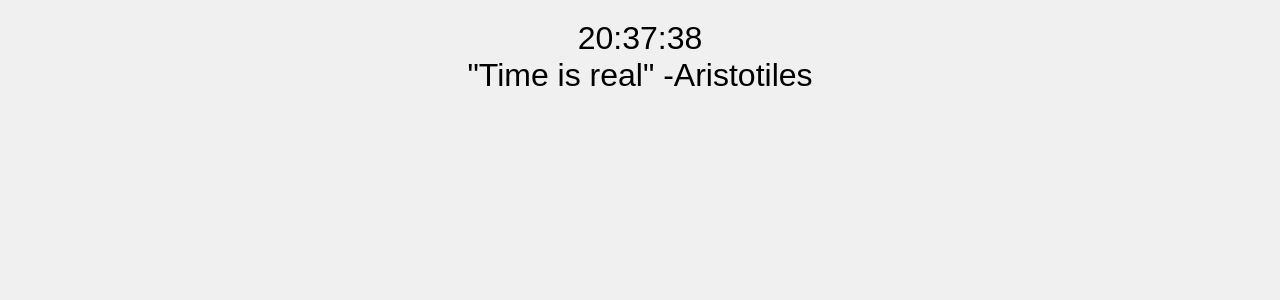
Repository: Larshalvorhansen/personalWebsite
Page: content/infoskjermV2/item-1_klokke.html
The author's editor kept a copy of each file at every save. The page is drawn from the files as they stood at one save, then again after the next save.
The browser window is 1280 px wide. The pictures show the whole page.

Above is the page before, as saved 2025-02-17 11:29:58.

### content/infoskjermV2/item-1_klokke.html
<!DOCTYPE html>
<html lang="no">

<head>
    <meta charset="UTF-8">
    <meta name="viewport" content="width=device-width, initial-scale=1.0">
    <title>Klokke</title>
    <style>
        body {
            font-family: Arial, sans-serif;
            font-size: 2em;
            text-align: center;
            margin: 0;
            padding: 20px;
            background-color: #f0f0f0;
        }
    </style>
</head>

<body>
    <div id="klokke">00:00:00</div>
    <div>"Time is real" -Aristotiles</div>
    <script>
        function oppdaterKlokke() {
            const nå = new Date();
            const timer = String(nå.getHours()).padStart(2, '0');
            const minutter = String(nå.getMinutes()).padStart(2, '0');
            const sekunder = String(nå.getSeconds()).padStart(2, '0');
            document.getElementById('klokke').textContent = `${timer}:${minutter}:${sekunder}`;
        }

        setInterval(oppdaterKlokke, 1000);
        oppdaterKlokke(); // Oppdater klokken umiddelbart når siden lastes
    </script>
</body>

</html>

After the next save:
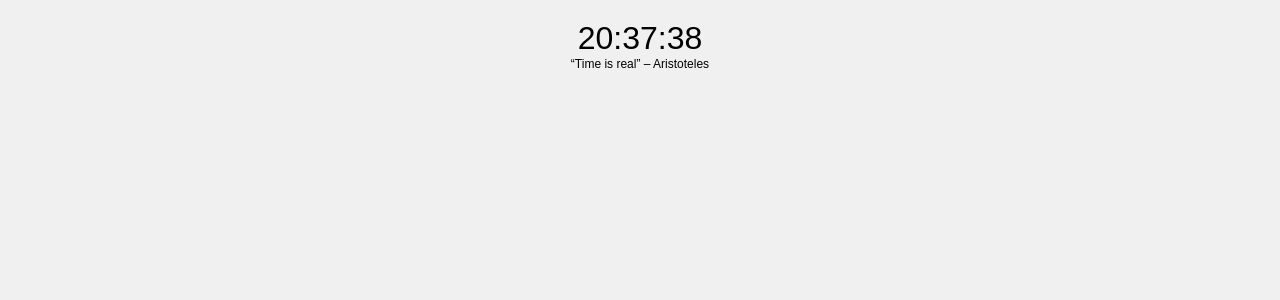
Saved 54 s later.
--- a/content/infoskjermV2/item-1_klokke.html
+++ b/content/infoskjermV2/item-1_klokke.html
@@ -19,7 +19,7 @@
 
 <body>
     <div id="klokke">00:00:00</div>
-    <div>"Time is real" -Aristotiles</div>
+    <div style="font-size: 12px;">“Time is real” – Aristoteles</div>
     <script>
         function oppdaterKlokke() {
             const nå = new Date();
